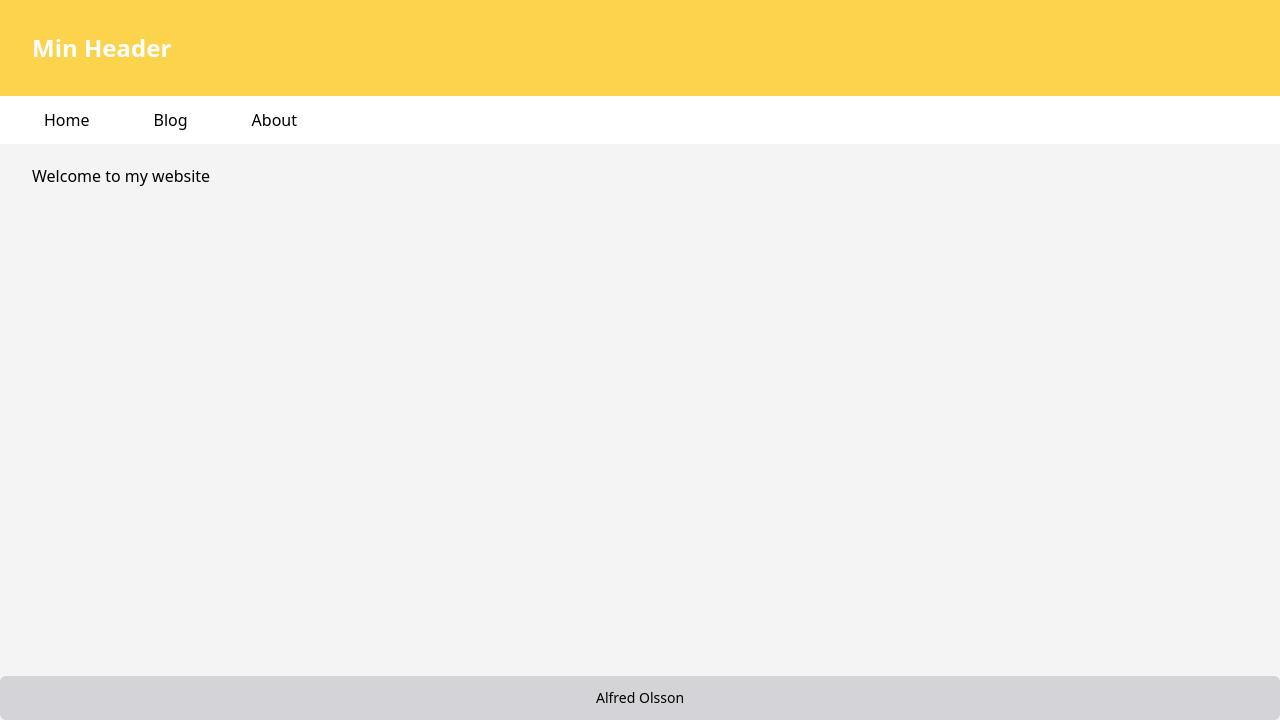
Repository: AlligatorAffe/NextWebsite
Page: /
An editor plug-in stored every save of this project. The page is shown before and after the next save, followed by the edit.
The browser window is 1280 px wide. The pictures show the whole page.
The project was rebuilt for these pictures with package versions that can differ from the ones it lists, and the page was loaded fresh each time. The framework's server and built-in components were replaced by stand-ins that run in the browser. Also part of the build but not shown: next.config.js.

Above is the page before, as saved 2024-01-04 22:00:25.

### app/layout.tsx
import './globals.css'
import { Metadata } from 'next'
import Link from 'next/link'




export const metadata: Metadata = {
  title: 'My webbpage',
  description: 'Welcome to Next.js',
}

/**
 *
 *
 *
 *
 *
 *

const inter = Inter({ subsets: ['latin'] })

export const metadata: Metadata = {
  title: 'Create Next App',
  description: 'Generated by create next app',
}

export default function RootLayout({
  children,
}: {
  children: React.ReactNode
}) {
  return (
    <html lang="en">
      <body>{children}</body>
    </html>
  )
}

 */

export default function RootLayout({
  // Layouts must accept a children prop.
  // This will be populated with nested layouts or pages
  children,

}: {
  children: React.ReactNode
}) {
  const navLinks = [
    { href: '/', label: 'Home' },
    { href: '/blogpost', label: 'Blog' },
    { href: '/about', label: 'About' },
  ];
  return (
    <html lang="en">
      <body className="flex flex-col min-h-screen bg-zinc-100 text-black">
        <div className="flex-grow">
          <header className="bg-amber-300 p-8">
            <h1 className="text-2xl font-bold text-white">Min Header</h1>
          </header>

          <nav className="bg-white p-3">
            <ul className="flex ">
              {navLinks.map((link, index) => (
                <li key={index}>
                  <Link href={link.href} className="p-8">
                    {link.label}
                  </Link>
                </li>
              ))}
            </ul>
          </nav>
          <div className='pt-5 p-8'>
            {children}
          </div>

        </div>
        <footer className="bg-zinc-300 rounded-md p-3">
          <h3 className="text-black text-center text-sm font-medium">Alfred Olsson</h3>
        </footer>
      </body>
    </html>

  )
}

### app/template.tsx



export default function Template({ children }: { children: React.ReactNode }) {
    return <div>{children}</div>
  }

### app/page.tsx
import Image from 'next/image'
import { Metadata } from 'next'
import Link from 'next/link'

/*
export default function Page() {
  return <div >
      <h1 >
        Welcome to my website
      </h1>
    </div>

}
*/


export const metadata: Metadata = {
  title: 'My Page Title',
}

export default function Page() {
  return <div >
  <h1 >
    Welcome to my website
  </h1>

</div>
}

Loaded but not shown: app/globals.css (common file); tailwind.config.ts (common file)

After the next save:
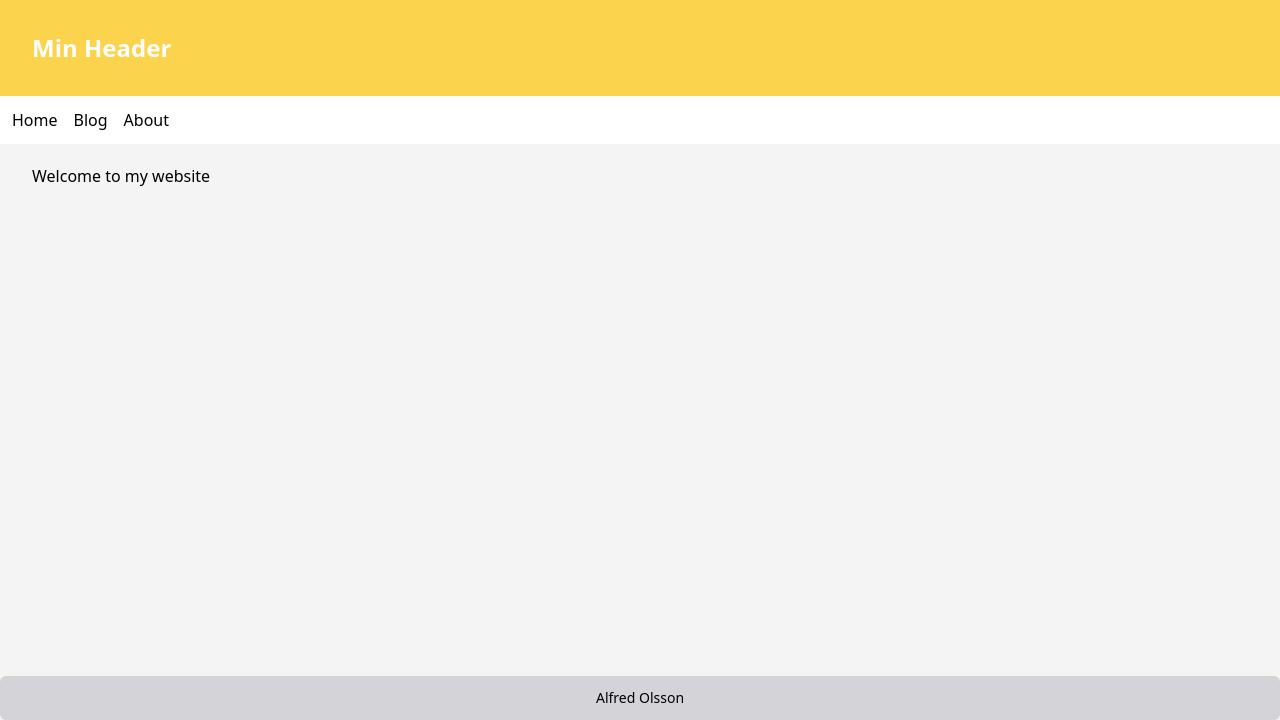
Saved 5 s later.
--- a/app/layout.tsx
+++ b/app/layout.tsx
@@ -61,10 +61,10 @@ export default function RootLayout({
           </header>
 
           <nav className="bg-white p-3">
-            <ul className="flex ">
+            <ul className="flex space-x-4">
               {navLinks.map((link, index) => (
                 <li key={index}>
-                  <Link href={link.href} className="p-8">
+                  <Link href={link.href} >
                     {link.label}
                   </Link>
                 </li>
